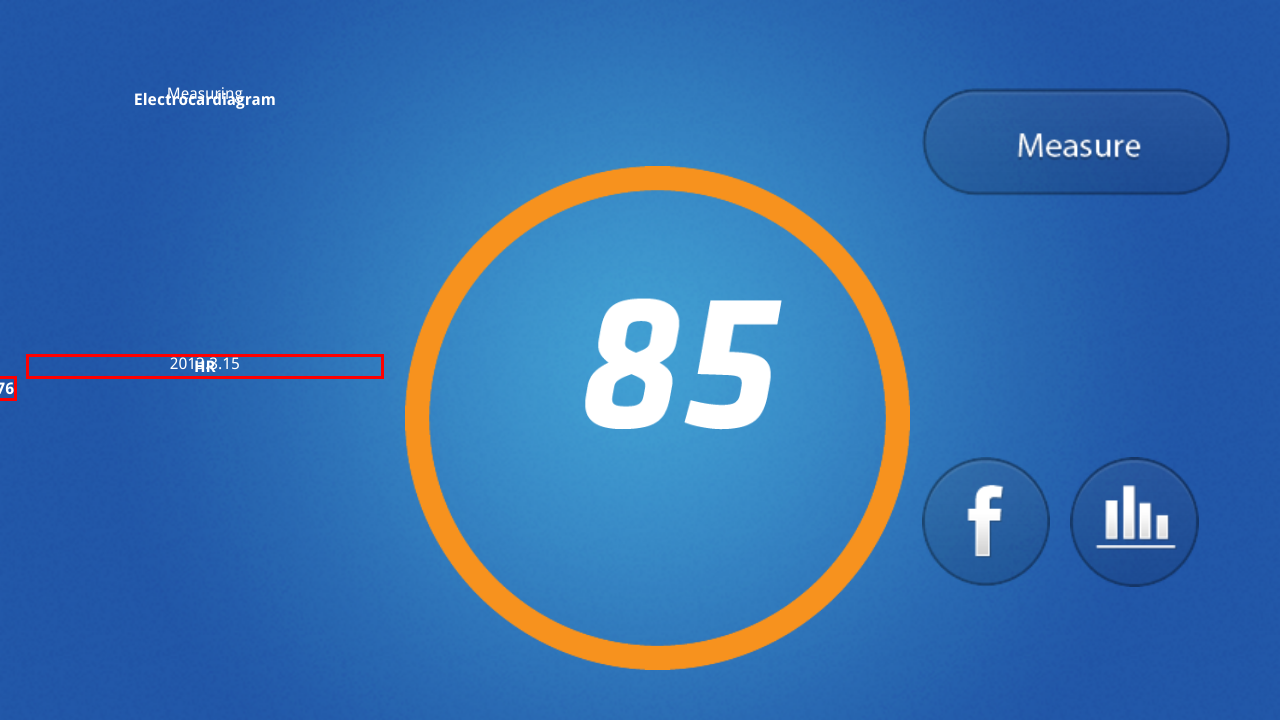
Repository: chouwill79131/IEcontest
Page: BluetoothChat/assets/complete.html
An editor plug-in stored every save of this project. The page is shown before and after the next save, followed by the edit.
The browser window is 1280 px wide. The pictures show the whole page.

Above is the page before, as saved 2013-03-08 17:53:38.
Console error: TypeError: Cannot set properties of null (setting 'innerHTML')

After the next save:
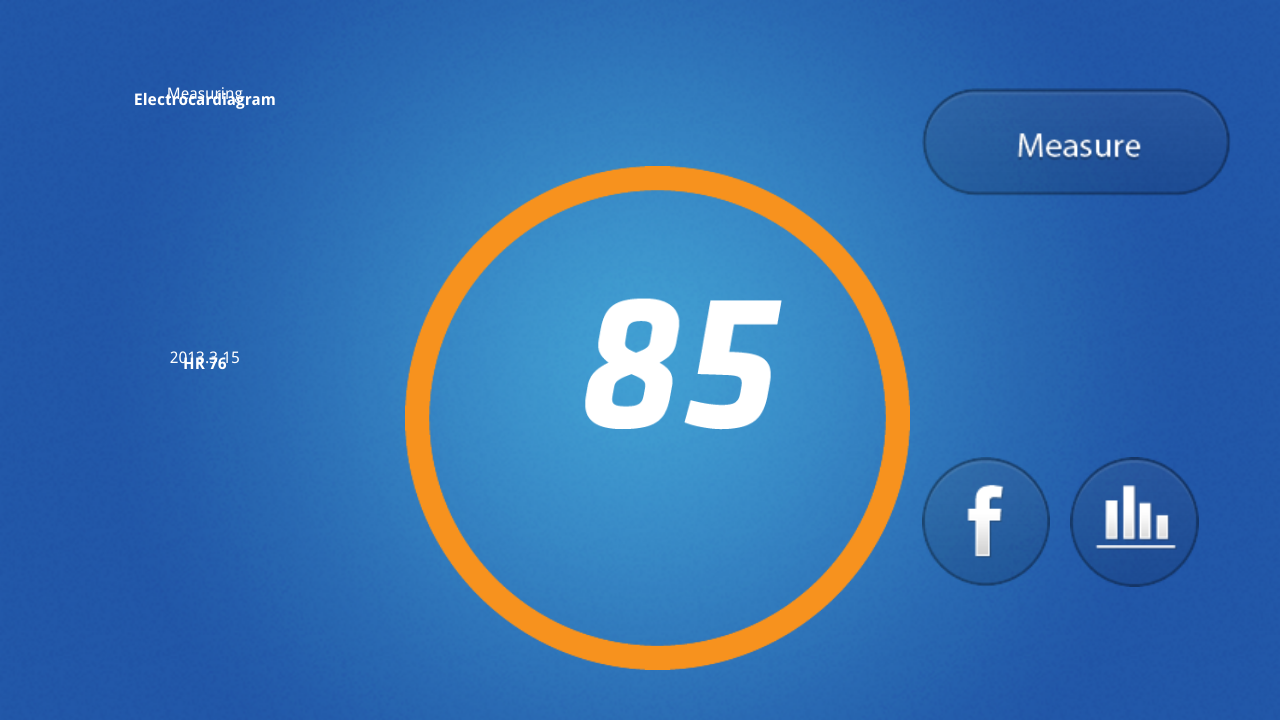
Saved 104 s later.
--- a/BluetoothChat/assets/complete.html
+++ b/BluetoothChat/assets/complete.html
@@ -14,7 +14,7 @@
 				<div class="word">Electrocardiagram</div><br />
 				<div class="subword">Measuring</div><br />
 
-				<div class="hr"><div>HR</div><div id="hr">76</div></div><br />
+				<div class="hr">HR 76</div><br />
 				<div class="date">2013.3.15</div>
 			</div>
 
--- a/BluetoothChat/assets/complete.css
+++ b/BluetoothChat/assets/complete.css
@@ -17,8 +17,7 @@ body { margin:0; padding:0;}
 .text, .hr , .date{ text-align: center; color:white;}
 .word { margin-top: 25%;  font-family: DroidSans-Bold ; }
 .subword, .date { margin-top:-12%; font-family: droidsans ;}
-.hr {  border:solid red ; margin-top: 65%;  font-family: DroidSans-Bold ;}
-#hr {border:solid red; float:left; margin-left: -10% ;}
+.hr {  margin-top: 65%;  font-family: DroidSans-Bold ;}
 .date { font-family: droidsans ;}
 
 .mid { width: 41%; }
